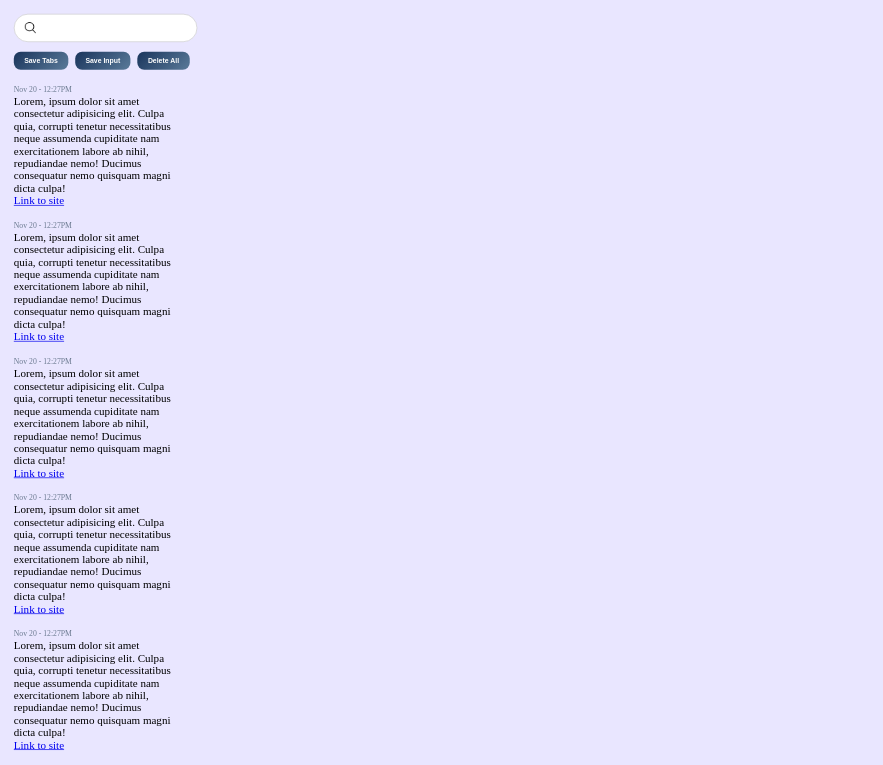
Repository: IdowuMicheal-1/Text-Tab-Organizer
Page: popup.html
These files come from the project's save history. The page is drawn as it stood at one moment and after a run of saves; the edit follows.
The browser window is 1280 px wide. The pictures show the whole page, at 69% of full size.

Above is the page before, as saved 2025-05-14 13:55:28.

After the next 3 saves:
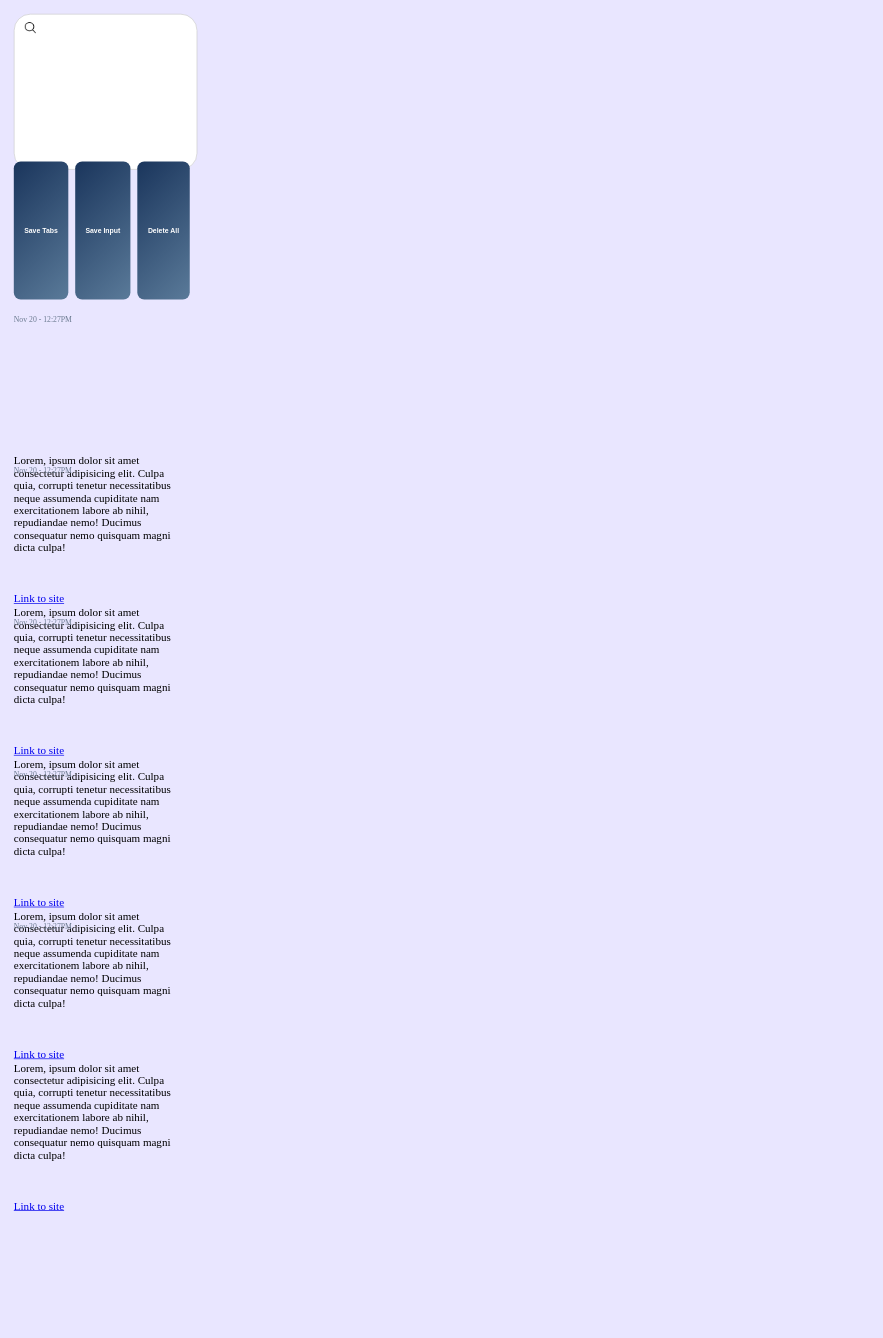
The 3 saves are shown as one change because they came seconds apart.
The last was saved 20 s later.
--- a/popup.css
+++ b/popup.css
@@ -3,10 +3,11 @@
 ::after {
   margin: 0;
   padding: 0;
+height: 200px;
 }
 
 html{
-    height: 200px;
+
 }
 
 body {

After the save that followed:
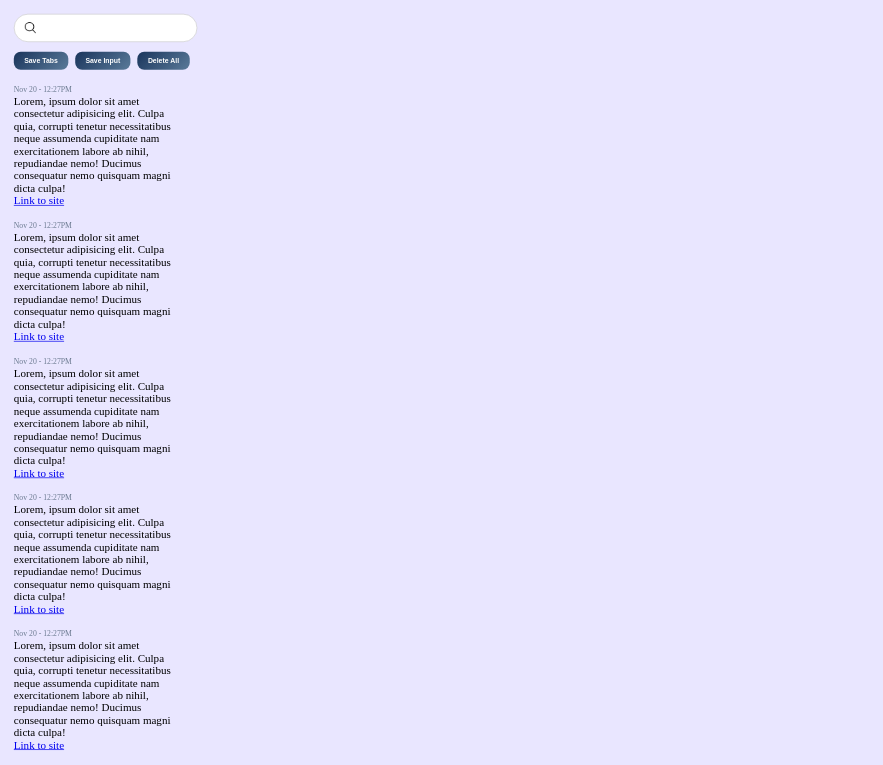
Saved 10 s later.
--- a/popup.css
+++ b/popup.css
@@ -3,7 +3,6 @@
 ::after {
   margin: 0;
   padding: 0;
-height: 200px;
 }
 
 html{
